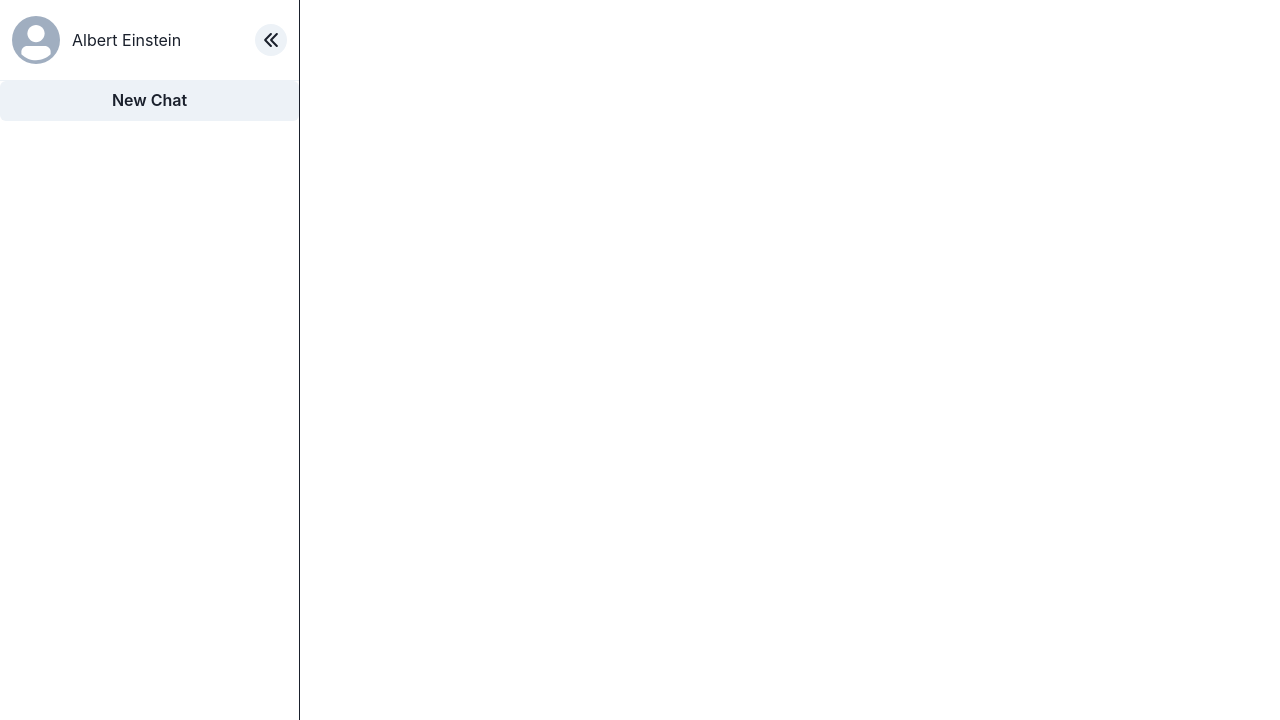
Repository: Siva20021/chat-app
Page: /
An editor plug-in stored every save of this project. The page is shown before and after a run of saves, followed by the edit.
The browser window is 1280 px wide. The pictures show the whole page.
The project was rebuilt for these pictures with package versions that can differ from the ones it lists, and the page was loaded fresh each time. The framework's server and built-in components were replaced by stand-ins that run in the browser. Also part of the build but not shown: next.config.js, components/Login.js.

Above is the page before, as saved 2022-06-05 12:06:03.

### pages/_app.js
import { ChakraProvider } from "@chakra-ui/react"
import Login from "../components/Login"
import Sidebar from "../components/Sidebar"


function MyApp({ Component, pageProps }) {
  //return <Component {...pageProps} />
  return(
    <ChakraProvider>
      <Sidebar/>
    </ChakraProvider>
  )
}

export default MyApp

### pages/index.js
import Head from 'next/head'


export default function Home() {
  return (
    <div>
      <Head>
        <title>Create Next App</title>
        <meta name="description" content="Generated by create next app" />
        <link rel="icon" href="/favicon.ico" />
      </Head>
    </div>
  )
}

### components/Sidebar.js
import { ArrowLeftIcon } from '@chakra-ui/icons'
import { Avatar, Button, Flex, IconButton, Text } from '@chakra-ui/react'
import React from 'react'

export default function Sidebar() {
  return (
    <Flex
        //bg="blue.100"
        w="300px"
        h="100vh"
        borderEnd="1px solid"
        borderColors="gray.200"
        direction="column"
    >
        <Flex
            //bg="red.100"
            h="81px" w="100%"
            align="center"
            justifyContent="space-between"
            borderBottom="1px solid" borderColor="gray.100"
            p={3}

        >
            <Flex align="center">
                <Avatar src="" marginEnd={3} />
                <Text>Albert Einstein</Text>
            </Flex>

            <IconButton size="sm" isRound icon={<ArrowLeftIcon/>}/>
        </Flex>
        <Button>New Chat</Button>
    </Flex>
  )
}

After the next 2 saves:
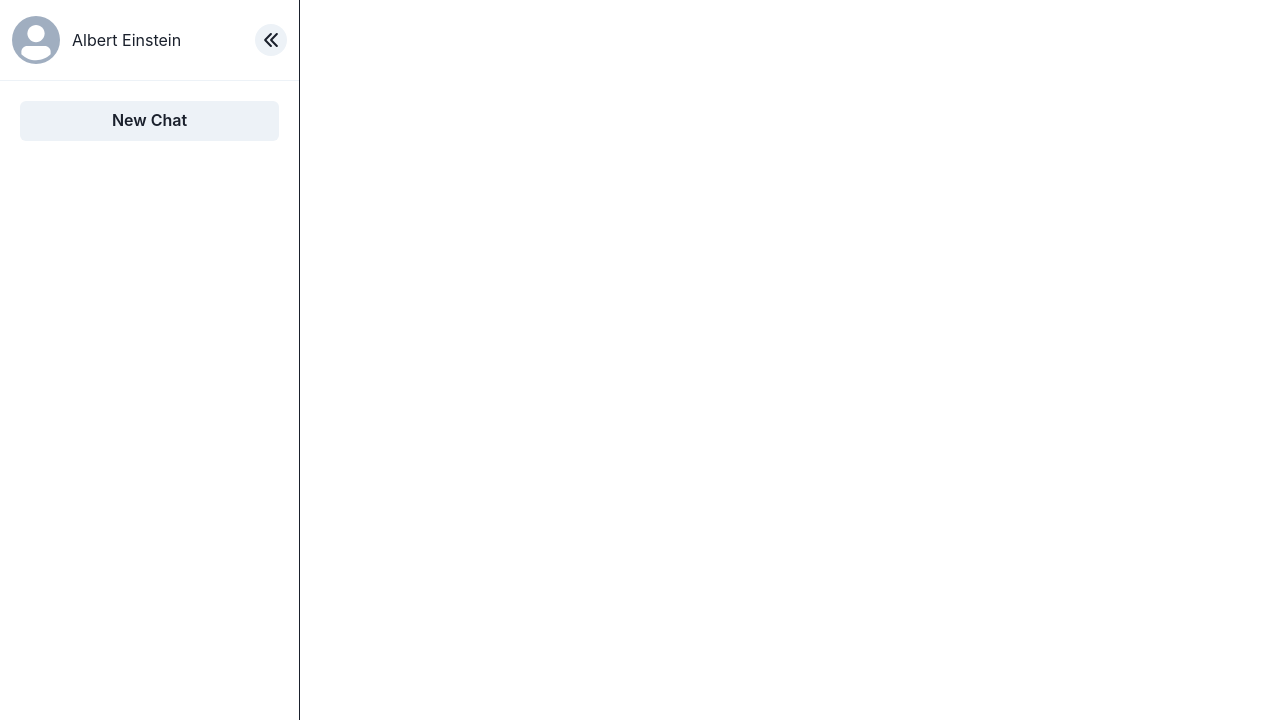
The 2 saves are shown as one change because they came seconds apart.
The last was saved 11 s later.
--- a/components/Sidebar.js
+++ b/components/Sidebar.js
@@ -28,7 +28,7 @@ export default function Sidebar() {
 
             <IconButton size="sm" isRound icon={<ArrowLeftIcon/>}/>
         </Flex>
-        <Button>New Chat</Button>
+        <Button m={5} >New Chat</Button>
     </Flex>
   )
 }
